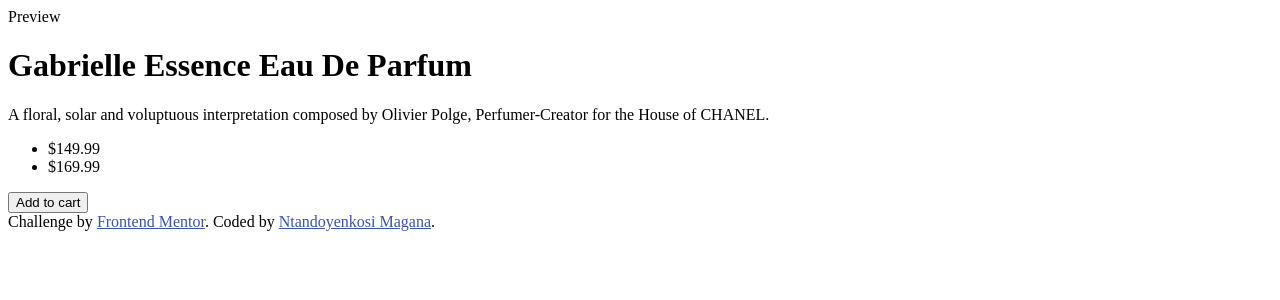
Repository: ntandomagana/product-preview-card-component
Page: index.html
An editor plug-in stored every save of this project. The page is shown before and after a run of saves, followed by the edit.
The browser window is 1280 px wide. The pictures show the whole page.

Above is the page before, as saved 2024-04-19 10:56:49.

### index.html
<!DOCTYPE html>
<html lang="en">
<head>
  <meta charset="UTF-8">
  <meta name="viewport" content="width=device-width, initial-scale=1.0"> <!-- displays site properly based on user's device -->

  <link rel="icon" type="image/png" sizes="32x32" href="./images/favicon-32x32.png">
  <link rel="stylesheet" href="style.css">

  <title>Frontend Mentor | Product preview card component</title>

  <!-- Feel free to remove these styles or customise in your own stylesheet 👍 -->

</head>
<body>
  <div class="container">




    Preview

    <h1>Gabrielle Essence Eau De Parfum</h1>

    <p>A floral, solar and voluptuous interpretation composed by Olivier Polge,
      Perfumer-Creator for the House of CHANEL.</p>

  <ul>
    <li>$149.99</li>
    <li> $169.99</li>
  </ul>

  <button type="button">Add to cart</button>
</div>

  <div class="attribution">
    Challenge by <a href="https://www.frontendmentor.io?ref=challenge" target="_blank">Frontend Mentor</a>.
    Coded by <a href="#">Ntandoyenkosi Magana</a>.
  </div>
</body>
</html>

### style.css

h1 {

}


<style>
    .attribution { font-size: 11px; text-align: center; }
    .attribution a { color: hsl(228, 45%, 44%); }
  </style>

After the next 3 saves:
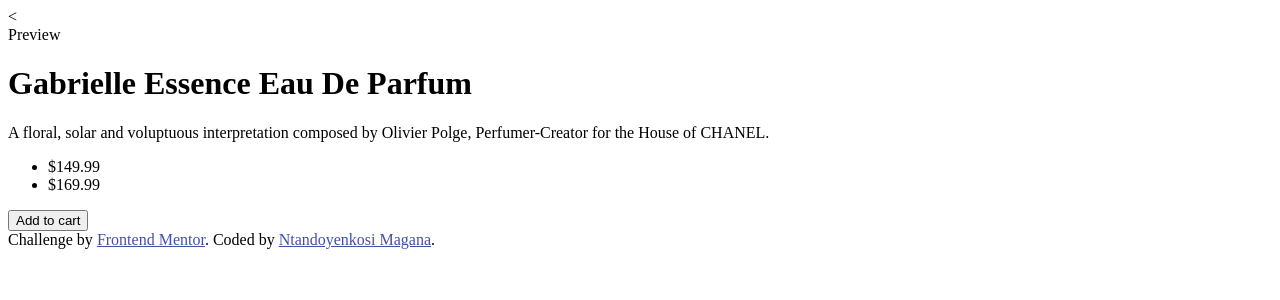
The 3 saves are shown as one change because they came seconds apart.
The last was saved 5 min 47 s later.
--- a/index.html
+++ b/index.html
@@ -14,6 +14,10 @@
 </head>
 <body>
   <div class="container">
+
+    <article>
+      <
+    </article>
 
 
 
